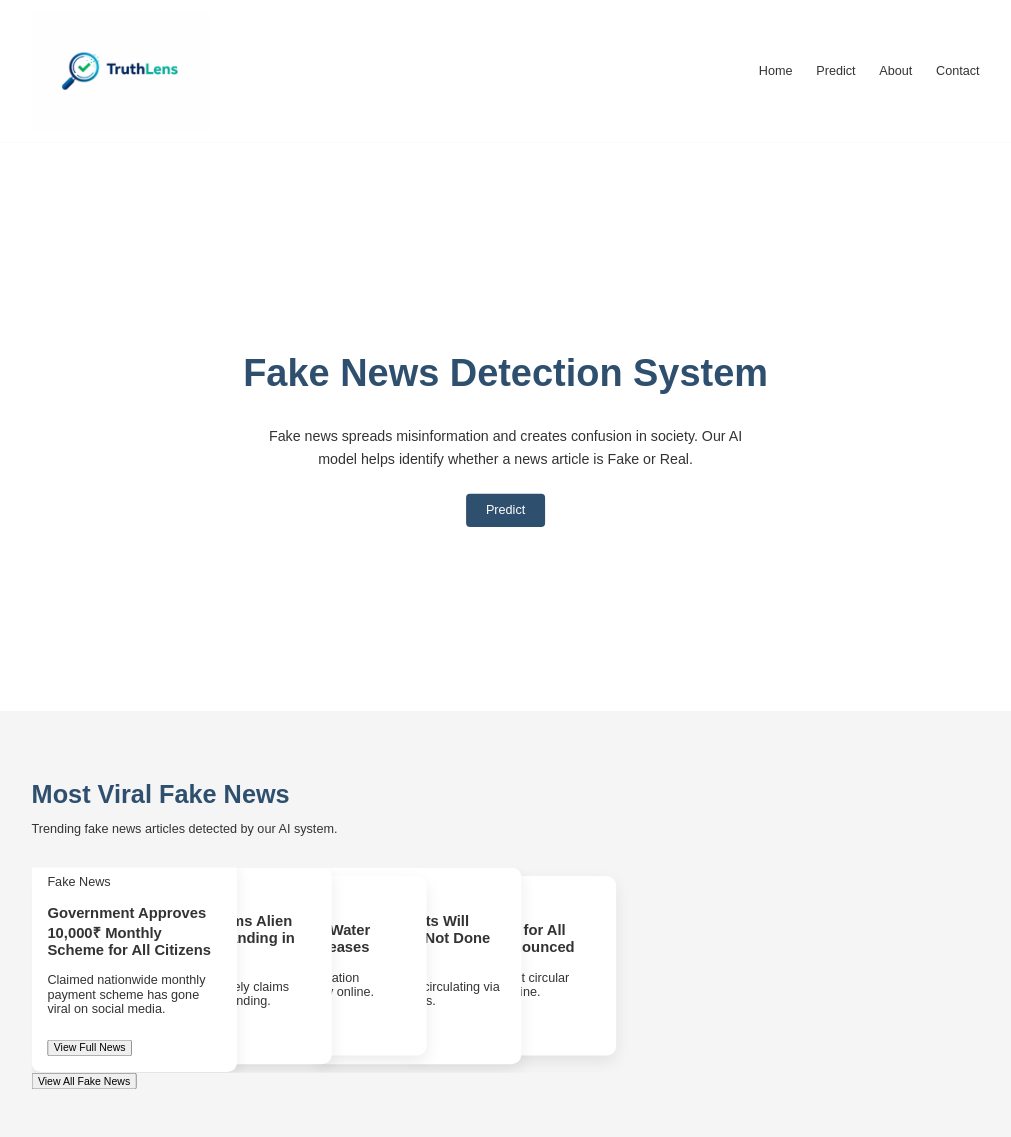
Repository: asadpathan2002-bot/Sprint1
Page: frontend/home.html
The author's editor kept a copy of each file at every save. The page is drawn from the files as they stood at one save, then again after the next save.
The browser window is 1280 px wide. The pictures show the whole page, at 79% of full size.

Above is the page before, as saved 2026-02-23 10:53:56.

### frontend/home.html
<!DOCTYPE html>
<html lang="en">
<head>
<meta charset="UTF-8">
<meta name="viewport" content="width=device-width, initial-scale=1.0">
<title>Fake News Detection System</title>
<style>

/* Navbar */

.navbar {
    display: flex;
    justify-content: space-between;
    align-items: center;
    padding: 15px 50px;
    background-color: #f5f5f5; /* Pale Gray */
}

.logo-container {
    display: flex;
    align-items: center;
}

.logo {
    height: 150px;
    margin-right: 10px;
}

.logo-text {
    font-size: 20px;
    font-weight: bold;
    color: #2f4f6f; /* Dusty Blue */
}

.nav-links {
    list-style: none;
    display: flex;
    gap: 25px;
}

.nav-links a {
    text-decoration: none;
    color: #2f4f6f;
    font-weight: 500;
}

.navbar {
    background-color: #FFFFFF;
    padding: 15px 40px;
    display: flex;
    justify-content: space-between;
    align-items: center;
    box-shadow: 0 2px 5px rgba(0,0,0,0.05);
}

.logo {
    font-size: 20px;
    font-weight: bold;
    color: #2F4F6F;
}

.nav-links {
    list-style: none;
    display: flex;
    gap: 30px;
    margin: 0;
    padding: 0;
}

.nav-links li a {
    text-decoration: none;
    color: #333;
    font-weight: 500;
}

.nav-links li a:hover {
    color: #2F4F6F;
}


* {
    box-sizing: border-box;
}

body {
    margin: 0;
    font-family: Arial, sans-serif;
    background-color: #F5F5F5; /* Pale Gray */
    color: #333;
}

/* Hero Section */
.hero {
    min-height: 100vh;
    background-color: #FFFFFF; /* Off White */
    display: flex;
    flex-direction: column;
    justify-content: center;
    align-items: center;
    text-align: center;
    padding: 40px 20px;
}

.hero h1 {
    font-size: 48px;
    margin-bottom: 20px;
    color: #2F4F6F; /* Dusty Blue */
}

.hero p {
    max-width: 600px;
    font-size: 18px;
    margin-bottom: 30px;
    line-height: 1.6;
}

.hero button {
    padding: 12px 25px;
    font-size: 16px;
    border: none;
    background-color: #2F4F6F;
    color: white;
    border-radius: 5px;
    cursor: pointer;
}

.hero button:hover {
    background-color: #1f3a50;
}

/* Section */
.section {
    padding: 60px 40px;
}

.section h2 {
    font-size: 32px;
    margin-bottom: 10px;
    color: #2F4F6F;
}

.section p {
    margin-bottom: 30px;
}

/* Horizontal Scroll */
.card-container {
    display: flex;
    gap: 20px;
    overflow-x: auto;
    scroll-behavior: smooth;
    padding-bottom: 10px;
}

.card-container::-webkit-scrollbar {
    display: none;
}
/* Card Container */
.card-container {
    position: relative;
    display: flex;
    align-items: center;
    margin-top: 40px;
    height: 260px;
}

/* Individual Cards */
.card {
    position: absolute;
    width: 260px;
    padding: 20px;
    background-color: #ffffff;
    border-radius: 12px;
    box-shadow: 0 8px 20px rgba(0,0,0,0.08);
    transition: 0.3s ease;
    cursor: pointer;
}

/* Overlapping Positions */
.card:nth-child(1) {
    left: 0;
    z-index: 5;
}

.card:nth-child(2) {
    left: 120px;
    z-index: 4;
}

.card:nth-child(3) {
    left: 240px;
    z-index: 3;
}

.card:nth-child(4) {
    left: 360px;
    z-index: 2;
}

.card:nth-child(5) {
    left: 480px;
    z-index: 1;
}

/* Hover Effect (brings card forward) */
.card:hover {
    transform: translateY(-10px) scale(1.05);
    z-index: 10;
}

/* ===================== */
/* RESPONSIVE DESIGN */
/* ===================== */

/* Tablets */
@media (max-width: 1024px) {
    .hero h1 {
        font-size: 36px;
    }

    .hero p {
        font-size: 16px;
    }

    .section {
        padding: 50px 25px;
    }
}

/* Mobile */
@media (max-width: 768px) {

    .hero {
        padding: 60px 15px;
    }

    .hero h1 {
        font-size: 28px;
    }

    .hero p {
        font-size: 15px;
    }

    .section {
        padding: 40px 15px;
    }

    .section h2 {
        font-size: 24px;
    }

    .card {
        min-width: 250px;
        padding: 15px;
    }

    .card h3 {
        font-size: 16px;
    }

    .card p {
        font-size: 13px;
    }

    .hero button,
    .view-all button {
        width: 100%;
        max-width: 250px;
    }
}

/* Small Mobile */
@media (max-width: 480px) {
    .hero h1 {
        font-size: 22px;
    }

    .hero p {
        font-size: 14px;
    }

    .card {
        min-width: 220px;
    }
}

</style>
</head>

<body>

<!-- Navigation Bar -->
<nav class="navbar">
    <img src="logo.png" alt="TruthLens Logo" class="logo">

    <ul class="nav-links">
        <li><a href="index.html">Home</a></li>
        <li><a href="predict.html">Predict</a></li>
        <li><a href="about.html">About</a></li>
        <li><a href="contact.html">Contact</a></li>
    </ul>
</nav>

<!-- Hero Section -->
<div class="hero">
    <h1>Fake News Detection System</h1>
    <p>
        Fake news spreads misinformation and creates confusion in society.
        Our AI model helps identify whether a news article is Fake or Real.
    </p>
    <button onclick="window.location.href='predict.html'">
        Predict
    </button>
</div>

<!-- Most Viral Fake News Section -->
<div class="section">
    <h2>Most Viral Fake News</h2>
    <p>Trending fake news articles detected by our AI system.</p>

    <div class="card-container">

        <div class="card">
            <span class="tag">Fake News</span>
            <h3>Government Approves 10,000₹ Monthly Scheme for All Citizens</h3>
            <p>Claimed nationwide monthly payment scheme has gone viral on social media.</p>
            <button>View Full News</button>
        </div>

        <div class="card">
            <span class="tag">Fake News</span>
            <h3>NASA Confirms Alien Spaceship Landing in India</h3>
            <p>A viral video falsely claims extraterrestrial landing.</p>
            <button>View Full News</button>
        </div>

        <div class="card">
            <span class="tag">Fake News</span>
            <h3>Drinking Hot Water Cures All Diseases</h3>
            <p>Health misinformation spreading rapidly online.</p>
            <button>View Full News</button>
        </div>

        <div class="card">
            <span class="tag">Fake News</span>
            <h3>Bank Accounts Will Close If KYC Not Done Today</h3>
            <p>Fraud message circulating via WhatsApp groups.</p>
            <button>View Full News</button>
        </div>

        <div class="card">
            <span class="tag">Fake News</span>
            <h3>Free Laptops for All Students Announced</h3>
            <p>Fake government circular being shared online.</p>
            <button>View Full News</button>
        </div>

    </div>

    <div class="view-all">
        <button onclick="window.location.href='fake-news.html'">
            View All Fake News
        </button>
    </div>

</div>

</body>
</html>

After the next save:
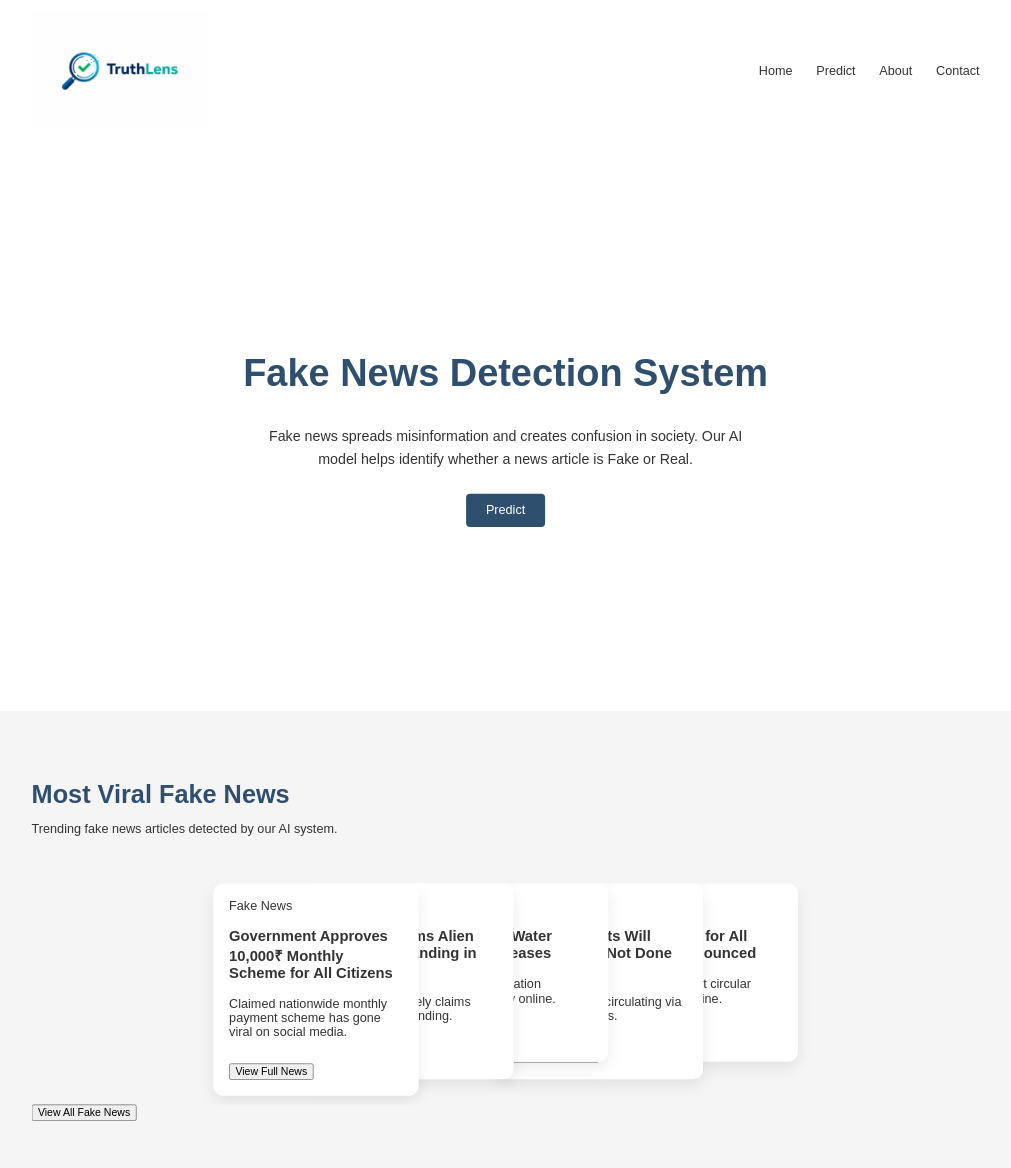
Saved 79 s later.
--- a/frontend/home.html
+++ b/frontend/home.html
@@ -158,10 +158,10 @@ body {
 /* Card Container */
 .card-container {
     position: relative;
-    display: flex;
-    align-items: center;
-    margin-top: 40px;
-    height: 260px;
+    height: 280px;
+    margin-top: 60px;
+    display: flex;
+    justify-content: center;
 }
 
 /* Individual Cards */
@@ -174,40 +174,41 @@ body {
     box-shadow: 0 8px 20px rgba(0,0,0,0.08);
     transition: 0.3s ease;
     cursor: pointer;
-}
-
-/* Overlapping Positions */
+    left: 50%;
+    transform: translateX(-50%);
+}
+
+/* Overlapping Positions (Centered) */
 .card:nth-child(1) {
-    left: 0;
+    transform: translateX(-50%) translateX(-240px);
     z-index: 5;
 }
 
 .card:nth-child(2) {
-    left: 120px;
+    transform: translateX(-50%) translateX(-120px);
     z-index: 4;
 }
 
 .card:nth-child(3) {
-    left: 240px;
+    transform: translateX(-50%) translateX(0px);
     z-index: 3;
 }
 
 .card:nth-child(4) {
-    left: 360px;
+    transform: translateX(-50%) translateX(120px);
     z-index: 2;
 }
 
 .card:nth-child(5) {
-    left: 480px;
+    transform: translateX(-50%) translateX(240px);
     z-index: 1;
 }
 
-/* Hover Effect (brings card forward) */
+/* Hover Effect */
 .card:hover {
-    transform: translateY(-10px) scale(1.05);
+    transform: translateX(-50%) scale(1.07);
     z-index: 10;
 }
-
 /* ===================== */
 /* RESPONSIVE DESIGN */
 /* ===================== */
